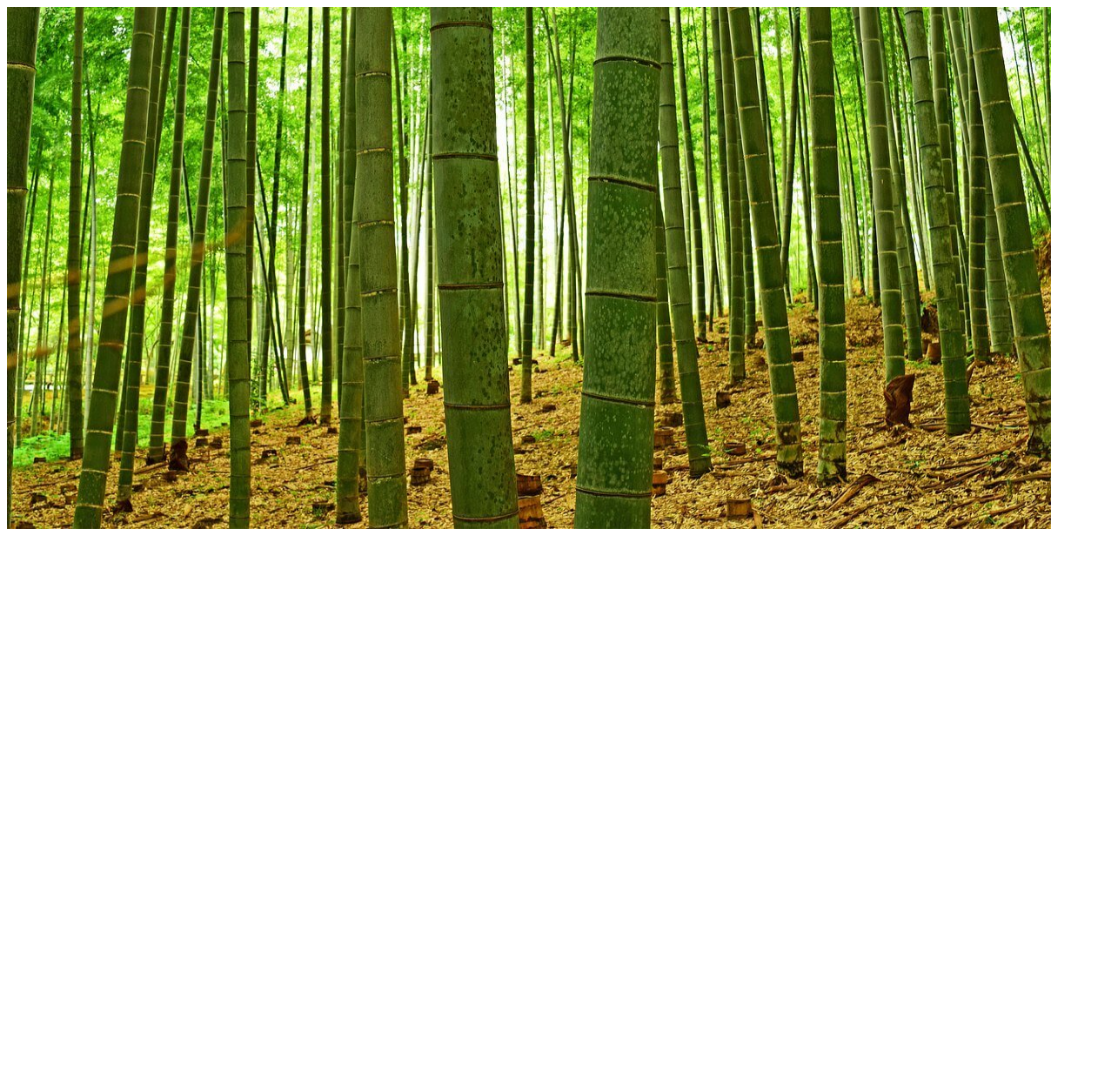
Repository: tanasa-mircea/playground
Page: canvas-filters/index.html
These files come from the project's save history. The page is drawn as it stood at one moment and after the next save; the edit follows.
The browser window is 1280 px wide. The pictures show the whole page, at 87% of full size.

Above is the page before, as saved 2019-02-08 11:20:46.

After the next save:
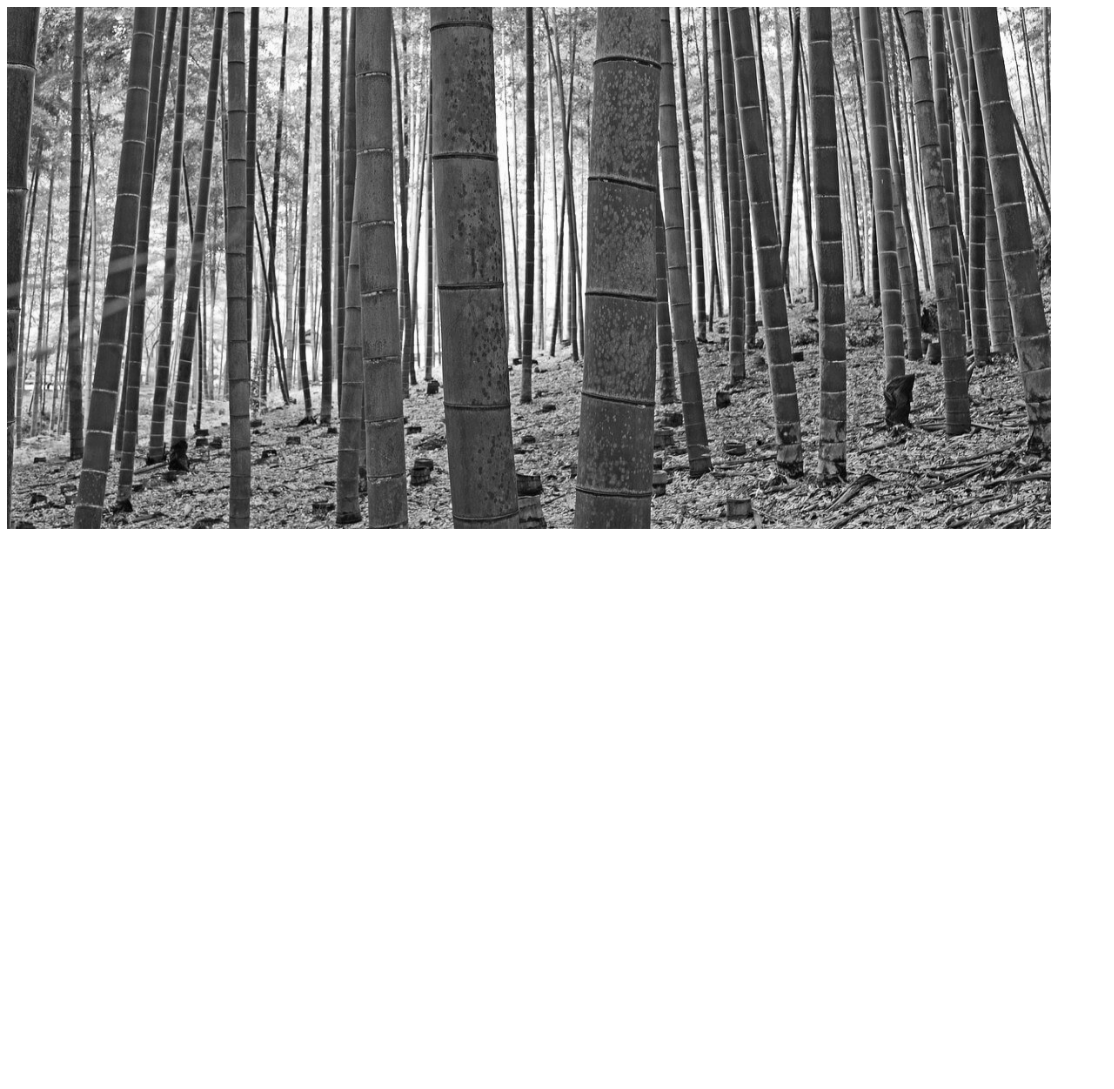
Saved 4 min 10 s later.
--- a/canvas-filters/main.js
+++ b/canvas-filters/main.js
@@ -22,7 +22,7 @@ function initCanvas() {
   // applyFilter(adjustBrightness, imageData, {
   //   change: 50
   // });
-  // applyFilter(makeSepia, imageData);
+  applyFilter(makeSepia, imageData);
 }
 
 function applyFilter(filterFunction, data, options) {
